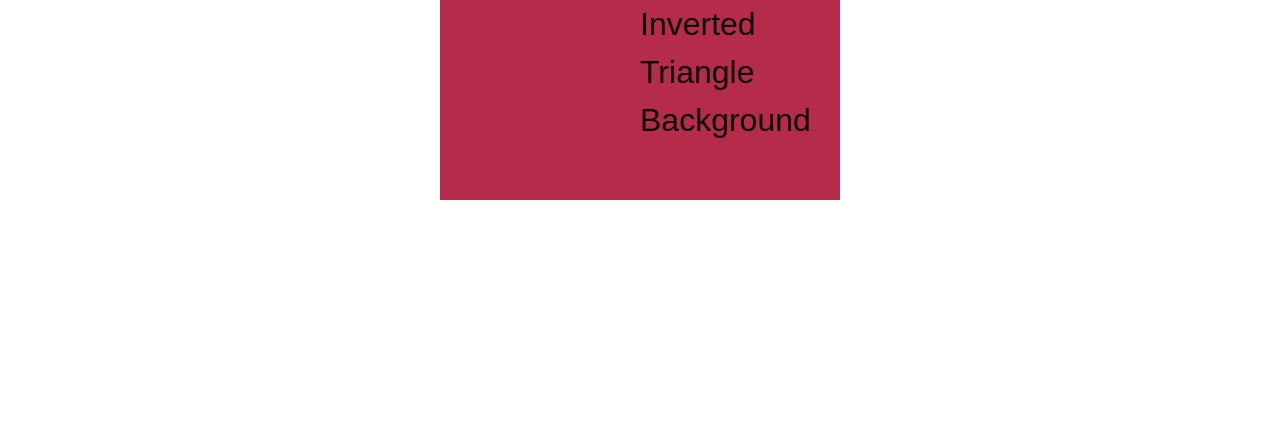
Repository: FrontendProjectsNL/mijn-portfolio-project
Page: /test-skewed-triangle
The author's editor kept a copy of each file at every save. The page is drawn from the files as they stood at one save, then again after the next save.
The browser window is 1280 px wide. The pictures show the whole page.
The project was rebuilt for these pictures with package versions that can differ from the ones it lists, and the page was loaded fresh each time. The framework's server and built-in components were replaced by stand-ins that run in the browser. Also part of the build but not shown: next.config.mjs.

Above is the page before, as saved 2024-10-23 00:27:21.

After the next save:
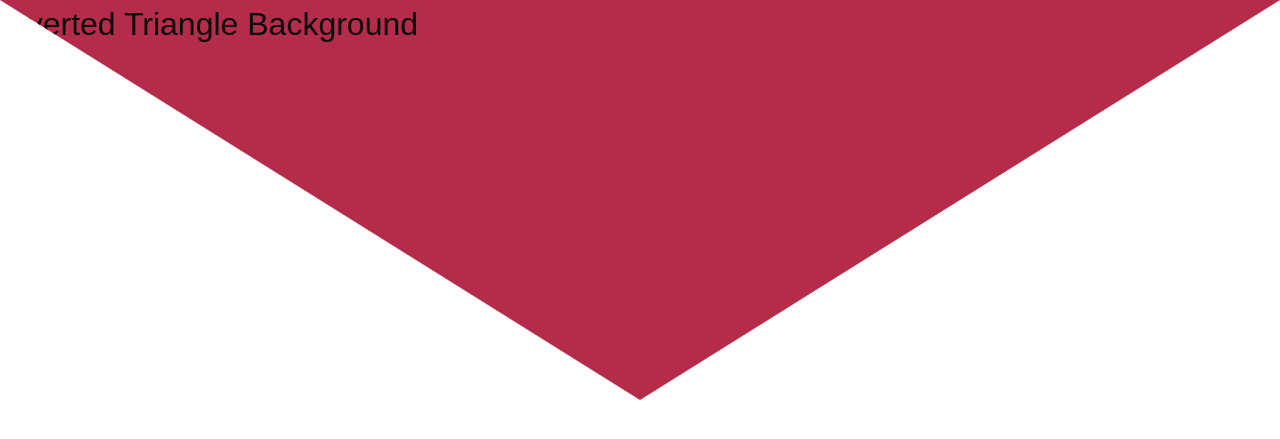
Saved 15 s later.
--- a/app/test-skewed-triangle/skewed-triangle.css
+++ b/app/test-skewed-triangle/skewed-triangle.css
@@ -1,19 +1,19 @@
+.edge--triangle {
+  position: relative;
+  background: inherit;
+  clip-path: polygon(50% 100%, 0 0, 100% 0); /* Inverted triangle */
+  height: 400px; /* Adjust based on how big you want the triangle */
+  width: 100%; /* Ensures it stretches full width */
+}
+
 .bg-berry {
   background: #b52b4a;
-}
-
-.edge--triangle {
-  width: 0; /* No width */
-  height: 0; /* No height */
-  border-left: 200px solid transparent; /* Triangle sides */
-  border-right: 200px solid transparent;
-  border-bottom: 200px solid #b52b4a; /* Triangle color */
-  margin: 0 auto; /* Center it horizontally */
 }
 
 .block {
   color: #fff;
   font-family: 'Fira Sans', sans-serif;
+  padding: 20px;
   text-align: center;
 }
 
